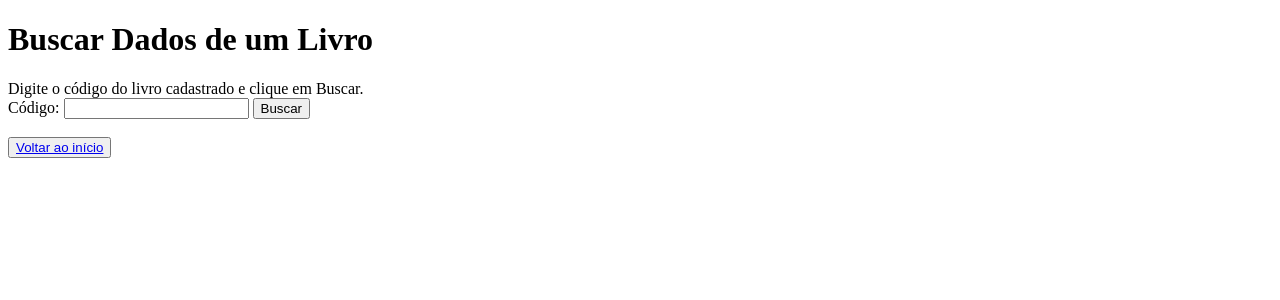
Repository: pedro202100/sistema-de-livros
Page: ProjetoLivrariaClienteServidor/src/main/webapp/listaLivrosPorCategoria.html
These files come from the project's save history. The page is drawn as it stood at one moment and after the next save; the edit follows.
The browser window is 1280 px wide. The pictures show the whole page.

Above is the page before, as saved 2022-11-07 01:24:01.

### ProjetoLivrariaClienteServidor/src/main/webapp/listaLivrosPorCategoria.html
<!DOCTYPE html>
<html>
<head>
<meta charset="UTF-8">
<title>Atividade Aula 10</title>
</head>
<body>
	<h1>Buscar Dados de um Livro</h1>
	<label>Digite o código do livro cadastrado e clique em Buscar.</label>
	<form method="GET" action="Atividade">
		<input type="hidden" name="action" value="codigo"/>
		<label>Código: </label>
		<input type="text" name="codigo" required>
		<input type="submit" value="Buscar"><br>
		<br>
	</form>
	<button>
	<a href="./index.html">Voltar ao início</a>
	</button><br>
</body>
</html>

After the next save:
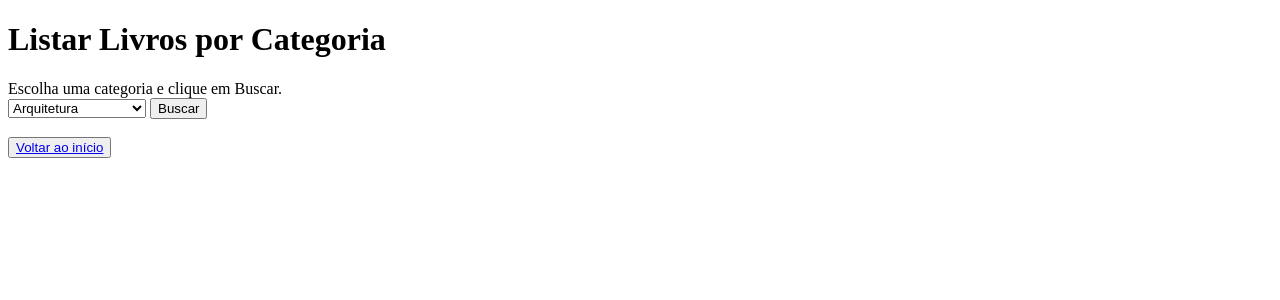
Saved 5 min 34 s later.
--- a/ProjetoLivrariaClienteServidor/src/main/webapp/listaLivrosPorCategoria.html
+++ b/ProjetoLivrariaClienteServidor/src/main/webapp/listaLivrosPorCategoria.html
@@ -5,17 +5,22 @@
 <title>Atividade Aula 10</title>
 </head>
 <body>
-	<h1>Buscar Dados de um Livro</h1>
-	<label>Digite o código do livro cadastrado e clique em Buscar.</label>
+	<h1>Listar Livros por Categoria</h1>
+	<label for="categoria">Escolha uma categoria e clique em Buscar.</label>
 	<form method="GET" action="Atividade">
-		<input type="hidden" name="action" value="codigo"/>
-		<label>Código: </label>
-		<input type="text" name="codigo" required>
+		<input type="hidden" name="action" value="categoria"/>
+		<select id="categoria" name="categoria">
+			<option value="Arquitetura">Arquitetura</option>
+			<option value="Design">Design</option>
+			<option value="Informática">Informática</option>
+			<option value="Literatura Brasileira">Literatura Brasileira</option>
+			<option value="Literatura Infantil">Literatura Infantil</option>
+			<option value="Literatura Universal">Literatura Universal</option>
+			<option value="Música e Arte">Música e Arte</option>
+		</select>
 		<input type="submit" value="Buscar"><br>
 		<br>
 	</form>
-	<button>
-	<a href="./index.html">Voltar ao início</a>
-	</button><br>
+	<button><a href="./nomes_pag.html">Voltar ao início</a></button><br>
 </body>
 </html>
